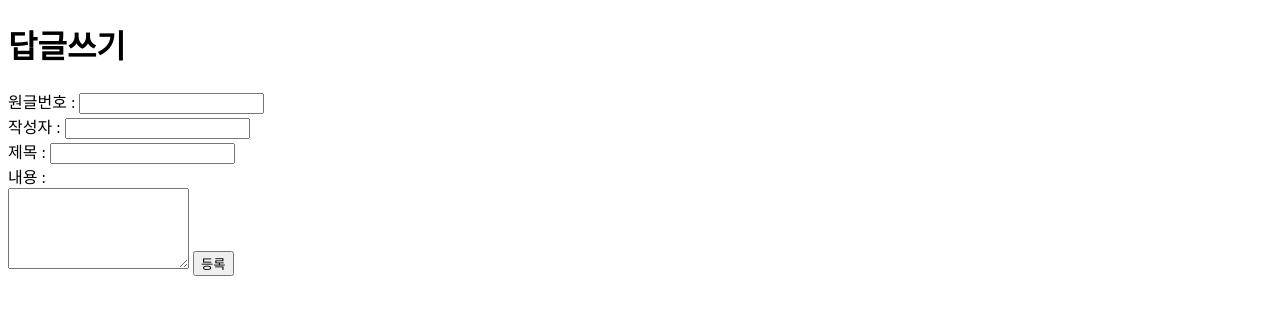
Repository: sanghshlsh/workspace_jsp
Page: http://localhost/Board2/reply.jsp
These files come from the project's save history. The page is drawn as it stood at one moment and after the next save; the edit follows.
The browser window is 1280 px wide. The pictures show the whole page.
The page is served by Tomcat 9.

Above is the page before, as saved 2020-06-08 06:08:15.

After the next save:
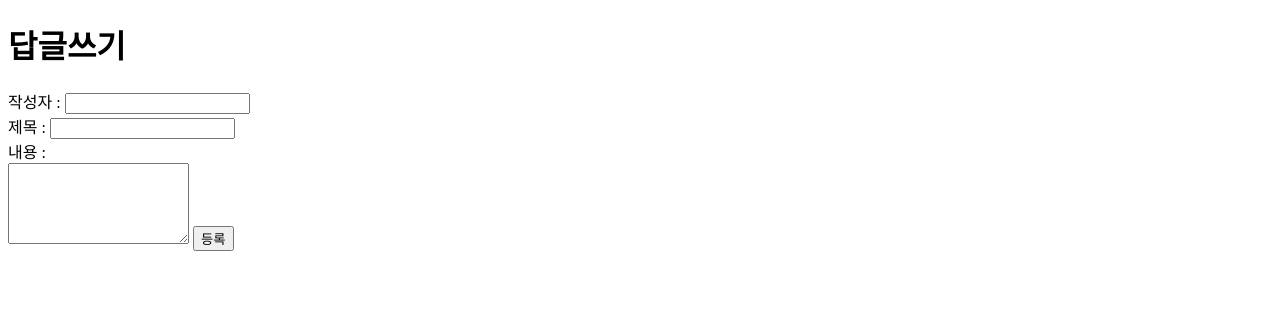
Saved 1 s later.
--- a/Board2/WebContent/reply.jsp
+++ b/Board2/WebContent/reply.jsp
@@ -14,8 +14,8 @@
 	<h1> 답글쓰기	</h1>
 
 	<form action="reply.do" method="post">
-	원글번호 : <input name="oNum" value="${param.num }" readonly>
-	<br>
+	<input type="hidden" name="num" value="${param.num }" readonly>
+
 	작성자 : <input name="writer"><br>
 	제목 : <input name="title"><br>
 	내용 : <br>
